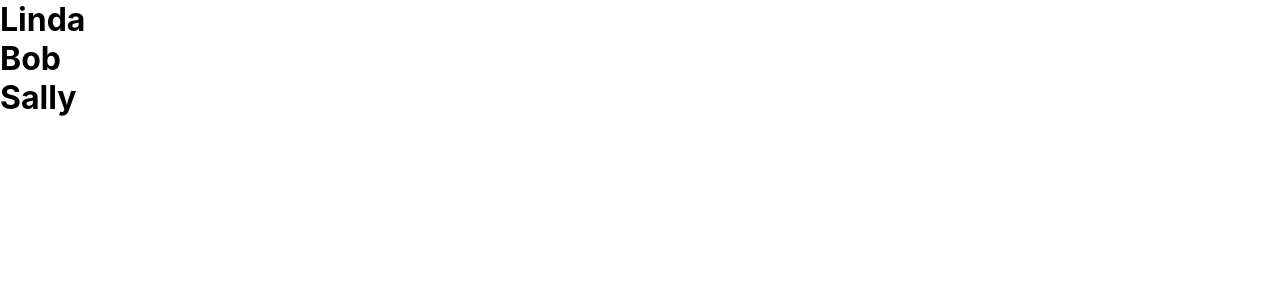
Repository: JavaidAhmadKhan/robo-friends-2.0
Page: /
These files come from the project's save history. The page is drawn as it stood at one moment and after a run of saves; the edit follows.
The browser window is 1280 px wide. The pictures show the whole page.
The project was rebuilt for these pictures with package versions that can differ from the ones it lists, and the page was loaded fresh each time.

Above is the page before, as saved 2022-04-20 12:59:05.

After the next 2 saves:
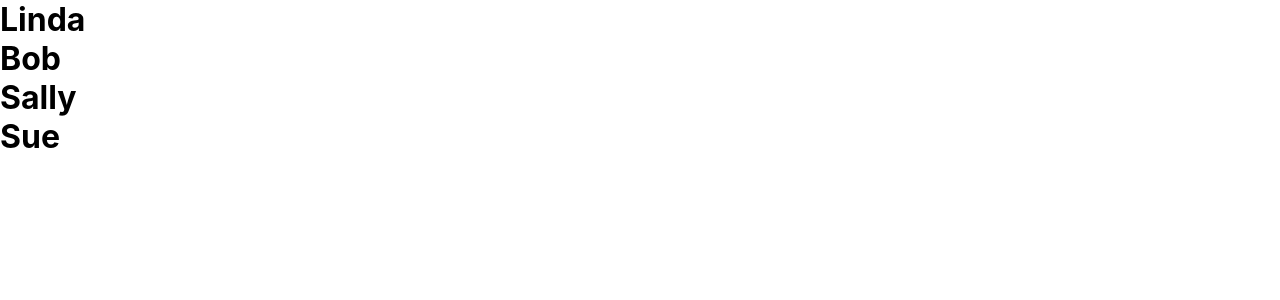
The 2 saves are shown as one change because they came seconds apart.
The last was saved 78 s later.
--- a/src/App.js
+++ b/src/App.js
@@ -16,6 +16,9 @@ class App extends Component {
         {
           name: "Sally",
         },
+        {
+          name: "Sue",
+        },
       ],
     };
   }
